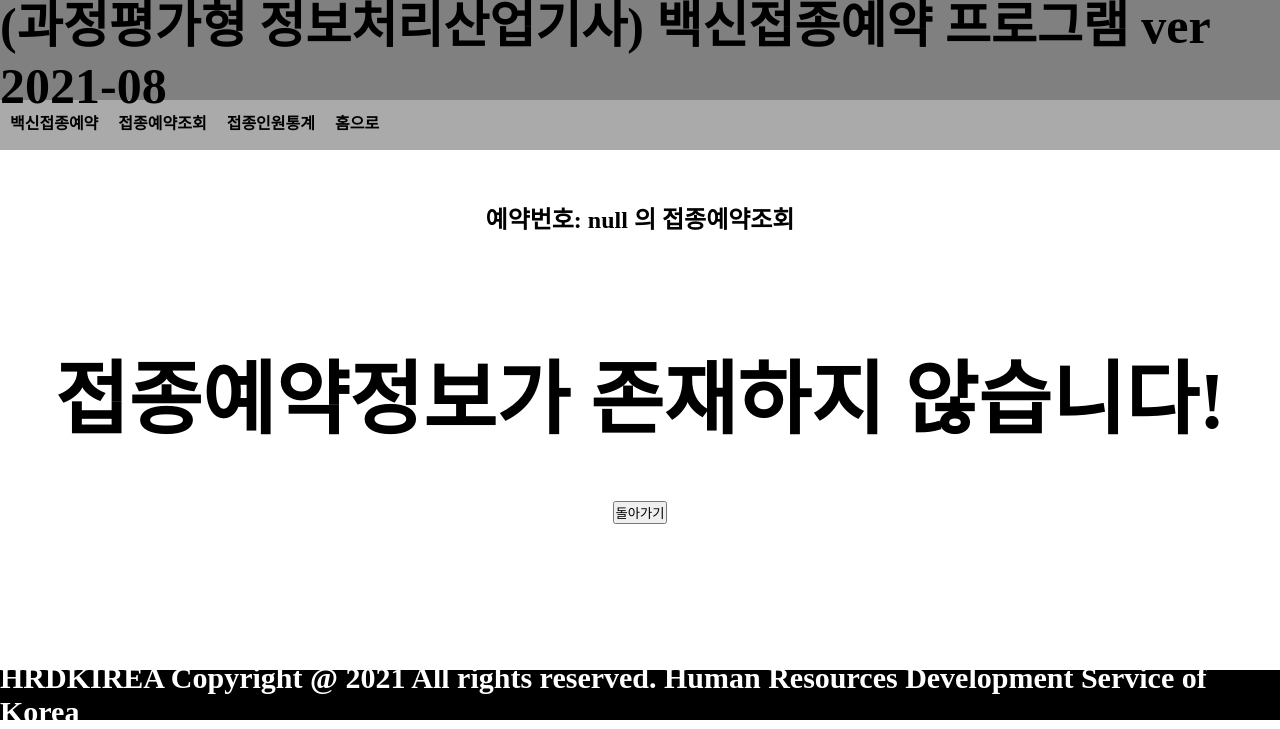
Repository: Ranranruo/info-processing
Page: http://localhost/20250424/view.jsp
The author's editor kept a copy of each file at every save. The page is drawn from the files as they stood at one save, then again after the next save.
The browser window is 1280 px wide. The pictures show the whole page.
The page is served by Tomcat 9. Queries for data that is not in the repository find no rows.

Above is the page before, as saved 2025-04-24 07:17:56.
Console error: TypeError: Cannot read properties of null (reading 'addEventListener')

### 20250424/src/main/webapp/view.jsp
<%@page import="java.sql.ResultSet"%>
<%@page import="java.sql.PreparedStatement"%>
<%@page import="java.sql.Connection"%>
<%@page import="java.sql.DriverManager"%>
<%@ page language="java" contentType="text/html; charset=UTF-8"
    pageEncoding="UTF-8"%>
<%
	Class.forName("oracle.jdbc.OracleDriver");
	String no = request.getParameter("no");
	Connection con = DriverManager.getConnection("jdbc:oracle:thin:@//localhost:1521/xe", "system", "1234");

	String sql = "SELECT j.pname, j.jumin, CASE WHEN substr(j.jumin, 8, 1) = '1' THEN '남' WHEN substr(j.jumin, 8, 1) = '2' THEN '여' end, j.tel, substr(v.resvdate, 1, 4) || '년' || substr(v.resvdate, 5, 2) || '월' || substr(v.resvdate, 7, 2) || '일', substr(v.resvtime, 1, 2) || ':' || substr(v.resvtime, 3, 2), h.hospname, h.hosptel, h.hospaddr, v.vcode FROM tbl_vaccresv_202108 v, tbl_hosp_202108 h, tbl_jumin_201808 j WHERE v.jumin = j.jumin AND v.hospcode = h.hospcode AND v.resvno = ?";
	PreparedStatement s = con.prepareStatement(sql);
	s.setString(1, no);

	ResultSet rs = s.executeQuery();
%>
<!DOCTYPE html>
<html>
<head>
<meta charset="UTF-8">
<title>Insert title here</title>
<style>
* {padding:0; margin: 0; text-decoration: none; color: inherit;}
.c { display: flex; justify-content: center; align-items: center;}
td{ border: 1px solid black; padding: .5em 1em;}
</style>
</head>
<body>
<header class="c" style="background-color: gray; color: #000; font-weight: bold; font-size: 50px; height: 100px;">(과정평가형 정보처리산업기사) 백신접종예약 프로그램 ver 2021-08</header>
<nav style="display: flex; padding: 10px; gap: 20px; background: #aaa; color: black; font-weight: bold; height:30px;">
<a href="insert.jsp">백신접종예약</a>
<a href="select.jsp">접종예약조회</a>
<a href="view.jsp">접종인원통계</a>
<a href="index.jsp">홈으로</a>
</nav>
<section style="min-height: calc(100vh - 200px); display: flex; flex-direction: column; align-items: center;">
<h1 class="c" style="padding: 50px;">예약번호: <%=no %> 의 접종예약조회</h1>
<%
 if(rs.next()) {
%>
<form action="selectDetail.jsp">
<table>
<tr>
<td>접종예약조회</td>
<td>
	<input id="no" name="no"/>예) 20210001
</td>
</tr>
<tr>
<td colspan="2" style="display: flex; justify-content: center;">
<button>예약조회</button>
<button id="reset" type="reset">홈으로</button>
</td>
</tr>
</table>
</form>
<% } else { %>
<form action="select.jsp" style="display: flex; flex-direction: column; align-items: center;">
<h1 class="c" style="font-size: 80px; padding: 50px;">접종예약정보가 존재하지 않습니다!</h1>
<button>돌아가기</button>
</form>
<% } %>
</section>
<footer class="c" style="background-color: black; color: #fff; font-weight: bold; font-size: 30px; height: 50px;">HRDKIREA Copyright @ 2021 All rights reserved. Human Resources Development Service of Korea</footer>
<script>
const $ = (s) => document.querySelector(s);
$("form").addEventListener("submit", (e)=> {
	e.preventDefault();
	if($("#no").value == "") {
		alert("접종예약번호가 입력되지 않았습니다.");
		e.preventDefault();
		$("#no").focus();
	}

});
$("#reset").addEventListener("click", ()=> {
	location.href="index.jsp";
});
</script>
</body>
</html>

After the next save:
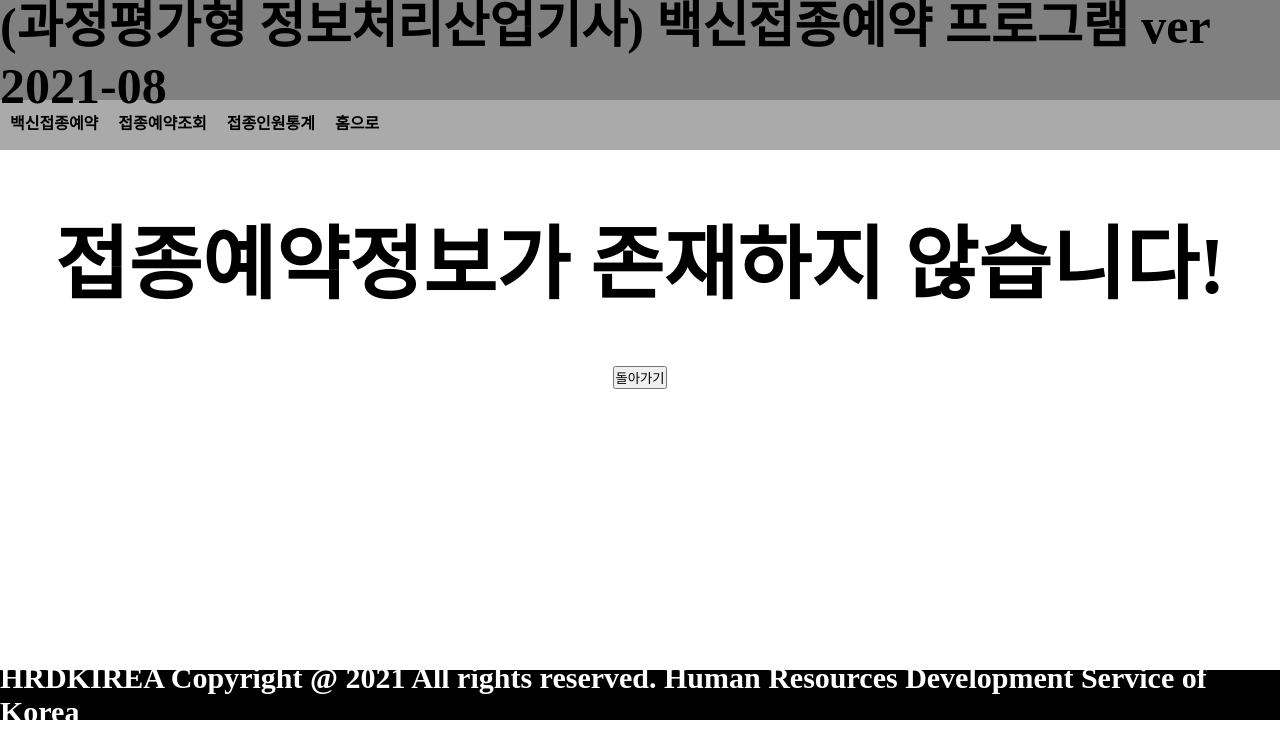
Saved 13 s later.
--- a/20250424/src/main/webapp/view.jsp
+++ b/20250424/src/main/webapp/view.jsp
@@ -35,10 +35,10 @@ td{ border: 1px solid black; padding: .5em 1em;}
 <a href="index.jsp">홈으로</a>
 </nav>
 <section style="min-height: calc(100vh - 200px); display: flex; flex-direction: column; align-items: center;">
-<h1 class="c" style="padding: 50px;">예약번호: <%=no %> 의 접종예약조회</h1>
 <%
  if(rs.next()) {
 %>
+<h1 class="c" style="padding: 50px;">예약번호: <%=no %> 의 접종예약조회</h1>
 <form action="selectDetail.jsp">
 <table>
 <tr>
